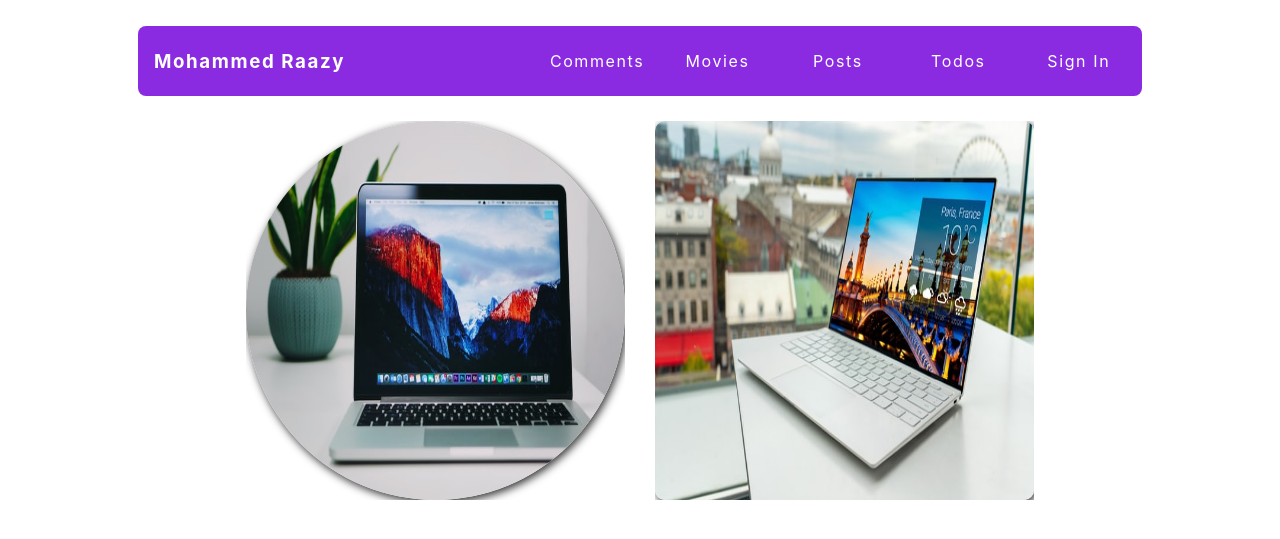
Repository: raazymuhd1/learn-nextjs
Page: /sass
The author's editor kept a copy of each file at every save. The page is drawn from the files as they stood at one save, then again after the next save.
The browser window is 1280 px wide. The pictures show the whole page.
The page's requests for data from a server got no answer. The project was rebuilt for these pictures with package versions that can differ from the ones it lists, and the page was loaded fresh each time. The framework's server and built-in components were replaced by stand-ins that run in the browser. No one was signed in, and anything a server would have sent is missing.

Above is the page before, as saved 2021-09-04 19:51:16.

### pages/_app.js
import Layout from '../components/Layout'
import '../styles/globals.css'
import { createStore } from "redux"
import { Provider } from "react-redux"

import Themes from "../globalStyle/theme"

import  allReducers from "../reducers"

const store = createStore(allReducers)

function MyApp({ Component, pageProps }) {
  return (
    <Provider store={store}>
          <Themes>
             <Layout>
                <Component {...pageProps} />
            </Layout>
          </Themes>
    </Provider>
  )

}

export default MyApp

### pages/sass/index.js
import React from 'react'
import styles from "../../styles/sass.module.scss"
import Image from "next/image"
import { lp1, lp2} from "../../public"

const Sass = () => {
    return (
        <div className={styles.container}>
             <Image className={styles.square} src={lp1} width={400} height={400} placeholder="blur" />
             <Image className={styles.circle}  src={lp2} width={400} height={400} placeholder="blur" />
        </div>
    )
}

export default Sass

### components/Layout/index.js
import React, { useEffect } from 'react'
import Head from 'next/head'
import { Container, Main } from '../global'
import Navbar from '../Navbar'

const Layout = ({ children }) => {

    return (
        <Container>
            <Navbar />
            <Head>
                <meta name="description" content="nextjs app" />
                <title> Big Next Project </title>
            </Head>

            <Main>
                { children }
            </Main>
        </Container>
    )
}

export default Layout

### globalStyle/theme.js
import { ThemeProvider } from "styled-components"

import theme from "./defualtThemes"

const Theme = ({ children }) => {
    return (
        <ThemeProvider theme={theme}>
             { children }
        </ThemeProvider>
    )
}

export default Theme

### reducers/index.js
import { combineReducers } from "redux"
import { movies } from './movies'

const allReducers =  combineReducers({
       movies,
})

export default allReducers;

### styles/sass.module.scss
@mixin images($circle: false) {
    border-radius: 10px;
    box-shadow: 2px 3px 8px #333 ;

    @if $circle {
        border-radius: 50%;
    }
}

.container {
    width: 80%;
    margin: 20px auto;
    display: grid;
    grid-template-columns: repeat(2, 1fr);
    gap: 30px;

    .square {
        @include images($circle: true)
    }

    .circle {
        @include images($circle: false)
    }
}

### public/index.js
import lp1 from "./laptop1.jpg"
import lp2 from "./laptop2.jpg"
import wp1 from "./workspace6.jpg"
import wp2 from "./workspace setup.jpg"

export { lp1, lp2, wp1, wp2 }

### components/global/index.js
import styled from 'styled-components'

export const Container = styled.div`
    padding: 10px;
    width: 80%;
    margin: 1rem auto;
`
export const Main = styled.main`
    padding: 5px 10px;
`

### components/Navbar/index.js
import { LI, Nav, UL, HeadingThree } from "./styles";
import Link from "next/link"
import { useSession, signIn, signOut } from "next-auth/client"

const Navbar = () => {
     const [session, loading] = useSession()

    return (
        <Nav>
             <HeadingThree> Mohammed Raazy </HeadingThree>
             <UL>
                 <Link href="/comment">
                     <LI> Comments </LI>
                 </Link>
                 <Link href="/movies">
                     <LI> Movies </LI>
                 </Link>
                 <Link href="/posts">
                     <LI> Posts </LI>
                 </Link>
                 <Link href="/todo">
                     <LI> Todos </LI>
                 </Link>
                 { !session &&
                        <LI onClick={() => signIn()}> Sign In </LI>
                  }
                  { session && !loading &&
                        <LI onClick={() => signOut() } > Sign Out </LI>
                  }
             </UL>
        </Nav>
    )
}

export default Navbar;

### globalStyle/defualtThemes.js
const themes = {
    colors: {
        bg: "blueviolet",
        fnColor: "#333"
    },

    breakpoints: {
        sm: "screen and (max-width: 640px)",
        md: "screen and (max-width: 768px)",
        lg: "screen and (max-width: 1024px)",
        xl: "screen and (max-width: 1280px)"
    }
}

export default themes;

### reducers/movies.js
const initialState = [
    { id: 1, name: "Avengers", price: "3k" },
]

export const movies =  (state = initialState, action) => {
     switch(action.type) {
         case "addMovie":
               return [ ...state, { name: action.name, price: action.price } ]
        default:
            return state
     }
}

### components/Navbar/styles.js
import styled from "styled-components"

export const Nav = styled.nav`
    padding: 5px 1rem;
    display: flex;
    align-items: center;
    justify-content: space-between;
    background:${({theme}) => theme.colors.bg } ;
    color: #fff;
    border-radius: 8px;
    letter-spacing: 0.1rem;

    @media ${({theme}) => theme.breakpoints.sm } {
         flex-direction: column;
         justify-content: center;
    }

`

export const HeadingThree = styled.h3`
    letter-spacing: 0.1rem;
`

export const UL = styled.div`
   display: grid;
   grid-template-columns: repeat(5, 1fr);
   justify-items: center;
   gap: 10px;
   cursor: pointer;

${'' /* small size */}
   @media ${({theme}) => theme.breakpoints.sm } {
       display: grid;
       grid-template-columns: repeat(3, 1fr);
       justify-items: center;
   }

   ${'' /* medium size */}
   @media ${({theme}) => theme.breakpoints.md} {
       margin-left: 1rem;
       grid-template-columns: repeat(3, 1fr);
   }
`

export const LI = styled.li`
    list-style: none;
    margin-left: 1rem;
`

Loaded but not shown: pages/_document.js (common file); styles/globals.css (common file)

After the next save:
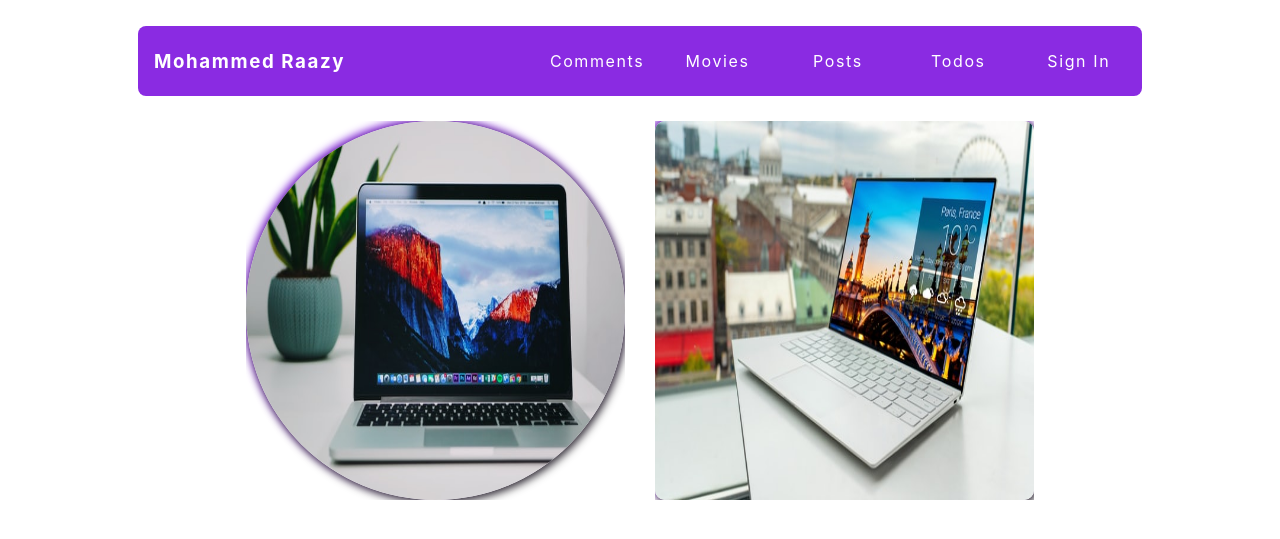
Saved 31 s later.
--- a/styles/sass.module.scss
+++ b/styles/sass.module.scss
@@ -1,6 +1,6 @@
 @mixin images($circle: false) {
     border-radius: 10px;
-    box-shadow: 2px 3px 8px #333 ;
+    box-shadow: 2px 3px 8px #333, -2px -3px 8px blueviolet ;
 
     @if $circle {
         border-radius: 50%;
